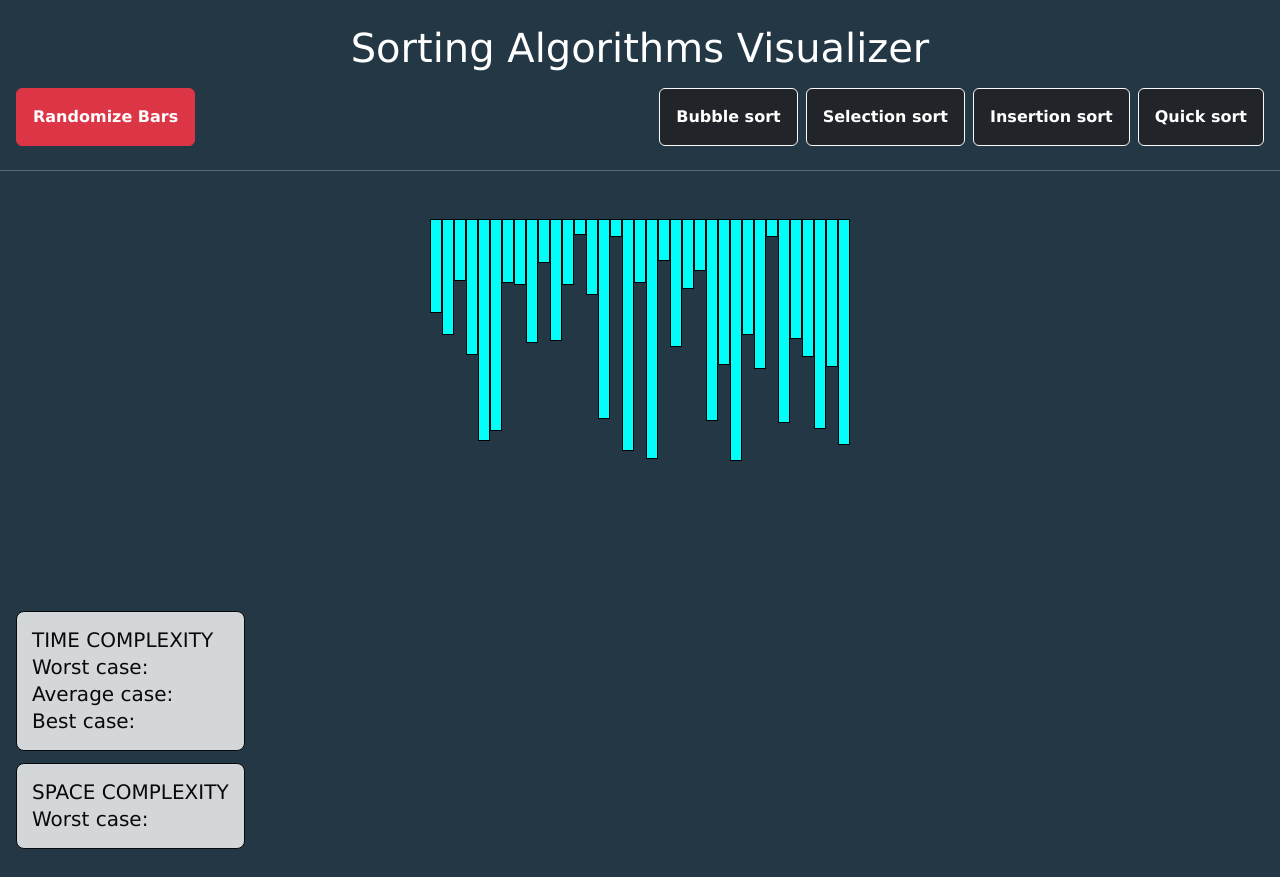
Repository: Vasil1001/Sorting-Algorithms-Visualizer-js
Page: views/index.html
An editor plug-in stored every save of this project. The page is shown before and after a run of saves, followed by the edit.
The browser window is 1280 px wide. The pictures show the whole page.

Above is the page before, as saved 2022-11-05 15:56:33.

### views/index.html
<!doctype html>
<html lang="en">

<head>
  <meta charset="utf-8">
  <meta name="viewport" content="width=device-width, initial-scale=1">

  <title>Sorting Algorithms Visualizer</title>

  <!-- Import css & bootstrap-->
  <link href="https://cdn.jsdelivr.net/npm/bootstrap@5.2.2/dist/css/bootstrap.min.css" rel="stylesheet"
    integrity="sha384-Zenh87qX5JnK2Jl0vWa8Ck2rdkQ2Bzep5IDxbcnCeuOxjzrPF/et3URy9Bv1WTRi" crossorigin="anonymous">
  <link rel="stylesheet" href="/css/base.css">

</head>

<body>

  <h1 align="center" class="mt-4">Sorting Algorithms Visualizer</h1>

  <nav class="navbar navbar-expand-lg">

    <div class="container-fluid">
      <button type="button" class="btn btn-danger mx-1 p-3 " id="new_array" style="color: white;"><b>Randomize Bars </b>
      </button>
      <ul class="navbar-nav">
        <li class="nav-item">
          <button type="button" class="btn btn-dark border-light mx-1 p-3 " id="bubble_sort"
            style="color: white;"><b>Bubble sort</b> </button>
        </li>
        <li class="nav-item">
          <button type="button" class="btn btn-dark border-light mx-1 p-3 " id="selection_sort"
            style="color: rgb(255, 255, 255);">
            <b>Selection sort</b></button>
        </li>
        <li class="nav-item">
          <button type="button" class="btn btn-dark border-light mx-1 p-3 " id="insertion_sort" style="color: white;">
            <b>Insertion sort</b></button>
        </li>
        <li class="nav-item">
          <button type="button" class="btn btn-dark border-light mx-1 p-3 " id="quick_sort" style="color: white;">
            <b>Quick sort</b></button>
        </li>

      </ul>
    </div>
  </nav>

  <hr style="color: white;">

  <h3 align="center" class="mt-4" id="algorithm_running"></h1>

  <div id="bars" class="bars flex-container p-4"></div>

  <div id="boxes">

    <div id="leftbox">
      <div id="box1">
        <h5>TIME COMPLEXITY</h5>
        <div>
          <h5>Worst case: </h5>
          <h5 id="worst_time"></h5>
        </div>
        <div>
          <h5>Average case: </h5>
          <h5 id="average_time"></h5>
        </div>
        <div>
          <h5>Best case: </h5>
          <h5 id="best_time"></h5>
        </div>
      </div>

      <div id="box2">
        <h5>SPACE COMPLEXITY</h5>
        <div>
          <h5>Worst case:</h5>
          <h5 id="space_complexity"></h5>
        </div>
      </div>
    </div>

  </div>


  <!-- Import css & bootstrap-->
  <script src="https://cdn.jsdelivr.net/npm/bootstrap@5.2.2/dist/js/bootstrap.bundle.min.js"
    integrity="sha384-OERcA2EqjJCMA+/3y+gxIOqMEjwtxJY7qPCqsdltbNJuaOe923+mo//f6V8Qbsw3"
    crossorigin="anonymous"></script>

  <script src="/sort_algos_js_files/index.js"></script>

  <script src="/sort_algos_js_files/bubble.js"></script>
  <script src="/sort_algos_js_files/selection.js"></script>
  <script src="/sort_algos_js_files/insertion.js"></script>
  <script src="/sort_algos_js_files/quicksort.js"></script>


</body>

</html>

### css/base.css
body {
    background-color: rgb(35, 55, 68);
    color:white;
    font-size: 18px;
    font-family: 'Lucida Sans', 'Lucida Sans Regular', 'Lucida Grande', 'Lucida Sans Unicode', Geneva, Verdana, sans-serif;
}

.flex-container{
    margin-top: 1px;
    display: flex;
    flex-wrap: nowrap;
    justify-content: center;
    transition: 1.5s all ease;
    width: 100%;
    height: 400px;

}

/* STYLING FOR THE BARS */
.flex-item{
    background: rgb(0, 255, 251);
    border: 1pt solid black;
    width: 12px;
    transition: 0.1s all ease;
}

#leftbox {
    float:left;
    color: black;
    padding: 16px;
}

#box1, #box2 {
    background:white;
    opacity: 0.8;
    border: 1pt solid black;
    border-radius: 8px;
    padding: 15px;
    margin-bottom: 12px;
}

h5 {
    display: inline;
}

### sort_algos_js_files/index.js
let random_array_100 = [];
createBarArray();

function createBarArray() {
    // replace array
    deletePreviousArray()

    // Array to store randomly generated numbers
    random_array_100 = [];
    var numberOfBars = 0;
    let l = 35;

    // get a random number and add it to the array until there are 100 in array
    for (numberOfBars = 0; numberOfBars < l; numberOfBars++) {
        random_array_100.push(Math.round(Math.random() * l * 3.5));
    }
    // print 100 random numbers of the array
    console.log(random_array_100);


    // select the div #bars element
    const bars = document.querySelector("#bars");
    // make bars with height from random array numbers
    for (let i = 0; i < random_array_100.length; i++) {
        // create div bar for each number in the array
        const bar = document.createElement("div");
        bar.style.height = `${random_array_100[i] * 2}px`;
        bar.classList.add('bar');
        bar.classList.add('flex-item');
        bar.classList.add(`barNo${i}`);
        bars.appendChild(bar);
    }
}

function deletePreviousArray() {
    const bar = document.querySelector("#bars");
    bar.innerHTML = '';
}

document.getElementById("new_array").addEventListener("click", function () {
    createBarArray();
});

function swap(element1, element2) {
    //https://www.geeksforgeeks.org/bubble-sort/
    let temp = element1.style.height;
    element1.style.height = element2.style.height;
    element2.style.height = temp;
}

// disable all the buttons or if button is pressed again algo will bug out
function disableButtonsOnSortRun() {
    document.getElementById("new_array").disabled = true;

    document.getElementById("bubble_sort").disabled = true;
    document.getElementById("selection_sort").disabled = true;
    document.getElementById("insertion_sort").disabled = true;
    document.getElementById("quick_sort").disabled = true;
}

function enableButtonsAfterSortRun() {
    document.getElementById("new_array").disabled = false;

    document.getElementById("bubble_sort").disabled = false;
    document.getElementById("selection_sort").disabled = false;
    document.getElementById("insertion_sort").disabled = false;
    document.getElementById("quick_sort").disabled = false;
}

### sort_algos_js_files/bubble.js
async function bubbleSort() {

    // Algo name
    document.getElementById("algorithm_running").innerText = "Bubble Sort";

    //Setting Time complexities
    document.getElementById("worst_time").innerText = "O(N^2)";
    document.getElementById("average_time").innerText = "Θ(N^2)";
    document.getElementById("best_time").innerText = "Ω(N)";

    //Setting Space complexity
    document.getElementById("space_complexity").innerText = "O(1)";

    console.log('bubble sort clicked');
    // get the bars from index
    const barsArray = document.querySelectorAll(".bar");

    for (let i = 0; i < barsArray.length - 1; i++) {
        console.log("In first i loop");

        for (j = 0; j < barsArray.length - i - 1; j++) {
            console.log("In j loop");
            barsArray[j].style.background = 'blue';
            barsArray[j + 1].style.background = 'blue';

            if (parseInt(barsArray[j].style.height) > parseInt(barsArray[j + 1].style.height)) {
                console.log("If barsArray 1 > barsArray 2 swap them");
                await new Promise(r => setTimeout(r, 50));
                swap(barsArray[j], barsArray[j + 1]);
            }
            barsArray[j].style.background = 'cyan';
            barsArray[j + 1].style.background = 'cyan';
        }
        barsArray[barsArray.length - 1 - i].style.background = 'pink';
    }
    barsArray[0].style.background = 'pink';
}


document.getElementById("bubble_sort").addEventListener("click", async function () {
    disableButtonsOnSortRun();
    await bubbleSort();
    enableButtonsAfterSortRun();

});

### sort_algos_js_files/selection.js
async function selectionSort() {

    // Algo name
    document.getElementById("algorithm_running").innerText = "Selection Sort";

    //Setting Time complexities
    document.getElementById("worst_time").innerText = "O(N^2)";
    document.getElementById("average_time").innerText = "Θ(N^2)";
    document.getElementById("best_time").innerText = "Ω(N^2)";

    //Setting Space complexity
    document.getElementById("space_complexity").innerText = "O(1)";

    console.log('bubble sort clicked');
    // get the bars from index
    const barsArray = document.querySelectorAll(".bar");

    // One by one move boundary of unsorted subarray
    for (let i = 0; i < barsArray.length; i++) {
        console.log("In first i loop");
        // Find the minimum barsArray in unsorted array
        let min_idx = i;
        //mark the smallest height in blue bar
        barsArray[i].style.background = 'blue';

        for (let j = i + 1; j < barsArray.length; j++) {
            console.log("In j loop");
            // Change color for the current comparision (in consideration for min_index)
            barsArray[j].style.background = 'red';

            await new Promise(r => setTimeout(r, 50));
            if (parseInt(barsArray[j].style.height) < parseInt(barsArray[min_idx].style.height)) {
                console.log("If barsArray 1 < current smallest barsArray change current smalest");
                if (min_idx !== i) {
                    //  there is a new minimum so change last to normal cyan
                    barsArray[min_idx].style.background = 'cyan';
                }
                min_idx = j;
            }
            else {
                barsArray[j].style.background = 'cyan';
            }
        }
        await new Promise(r => setTimeout(r, 50));
        swap(barsArray[min_idx], barsArray[i]);

        // color mid index blue after reset as it has been swapped
        barsArray[min_idx].style.background = 'cyan';

        // change the sorted bar color to green
        barsArray[i].style.background = 'green';
    }
}


document.getElementById("selection_sort").addEventListener("click", async function () {
    disableButtonsOnSortRun();
    await selectionSort();
    enableButtonsAfterSortRun();

});

### sort_algos_js_files/insertion.js
async function insertionSort() {

    // Algo name
    document.getElementById("algorithm_running").innerText = "Insertion Sort";

    //Setting Time complexities
    document.getElementById("worst_time").innerText = "O(N^2)";
    document.getElementById("average_time").innerText = "Θ(N^2)";
    document.getElementById("best_time").innerText = "Ω(N)";

    //Setting Space complexity
    document.getElementById("space_complexity").innerText = "O(1)";

    console.log('insertion sort clicked');

    // get the bars from index
    const barsArray = document.querySelectorAll(".bar");
    barsArray[0].style.background = 'green';

    for (let i = 1; i < barsArray.length; i++) {
        console.log("In first i loop");

        let key = barsArray[i].style.height;
        let j = i - 1;

        barsArray[i].style.background = 'blue';

        await new Promise(r => setTimeout(r, 50));

        while (j >= 0 && (parseInt(barsArray[j].style.height) > parseInt(key))) {
            console.log("In j loop");
            barsArray[j].style.background = 'blue';
            barsArray[j + 1].style.height = barsArray[j].style.height;
            j--;

            await new Promise(r => setTimeout(r, 50));

            // color sorted side
            for (let k = i; k >= 0; k--) {
                barsArray[k].style.background = 'yellow';
            }
        }
        barsArray[j + 1].style.height = key;
        barsArray[i].style.background = 'yellow';

    }
}


document.getElementById("insertion_sort").addEventListener("click", async function () {
    disableButtonsOnSortRun();
    await insertionSort();
    enableButtonsAfterSortRun();

});

### sort_algos_js_files/quicksort.js
async function partition(barsArray, low, high) {
    let i = (low - 1);

    barsArray[high].style.background = 'red';

    for (let j = low; j <= high - 1; j++) {
        barsArray[j].style.background = 'yellow';

        await new Promise(r => setTimeout(r, 50));

        if (parseInt(barsArray[j].style.height) < parseInt(barsArray[high].style.height)) {
            i++;
            swap(barsArray[i], barsArray[j]);

            barsArray[i].style.background = 'orange';
            await new Promise(r => setTimeout(r, 50));
        } else {
            // color if not less than pivot
            barsArray[j].style.background = 'blue';
        }
    }
    i++;
    await new Promise(r => setTimeout(r, 50));
    swap(barsArray[i], barsArray[high])

    barsArray[high].style.background = 'blue';
    barsArray[low].style.background = 'green';

    await new Promise(r => setTimeout(r, 50));

    // color
    for (let k = 0; k < barsArray.length; k++) {
        if (barsArray[k].style.background != 'green')
            barsArray[k].style.background = 'green';
    }
    return i;
}

async function quickSort(barsArray, low, high) {
    // Algo name
    document.getElementById("algorithm_running").innerText = "Quick Sort";

    //Setting Time complexities
    document.getElementById("worst_time").innerText = "O(N^2)";
    document.getElementById("average_time").innerText = "Θ(N log N)";
    document.getElementById("best_time").innerText = "Ω(N log N)";

    //Setting Space complexity
    document.getElementById("space_complexity").innerText = "O(log N)";


    if (low < high) {
        let pivot_index = await partition(barsArray, low, high);
        await quickSort(barsArray, low, pivot_index - 1);
        await quickSort(barsArray, pivot_index + 1, high);
    } else {
        if (low >= 0 && high >= 0 && low < barsArray.length && high < barsArray.length) {
            barsArray[high].style.background = 'green';
            barsArray[low].style.background = 'green';
        }
    }
}

document.getElementById("quick_sort").addEventListener("click", async function () {
    let barsArray = document.querySelectorAll('.bar');
    let low = 0;
    let high = barsArray.length - 1;

    disableButtonsOnSortRun();
    await quickSort(barsArray, low, high);
    enableButtonsAfterSortRun();
});

After the next 3 saves:
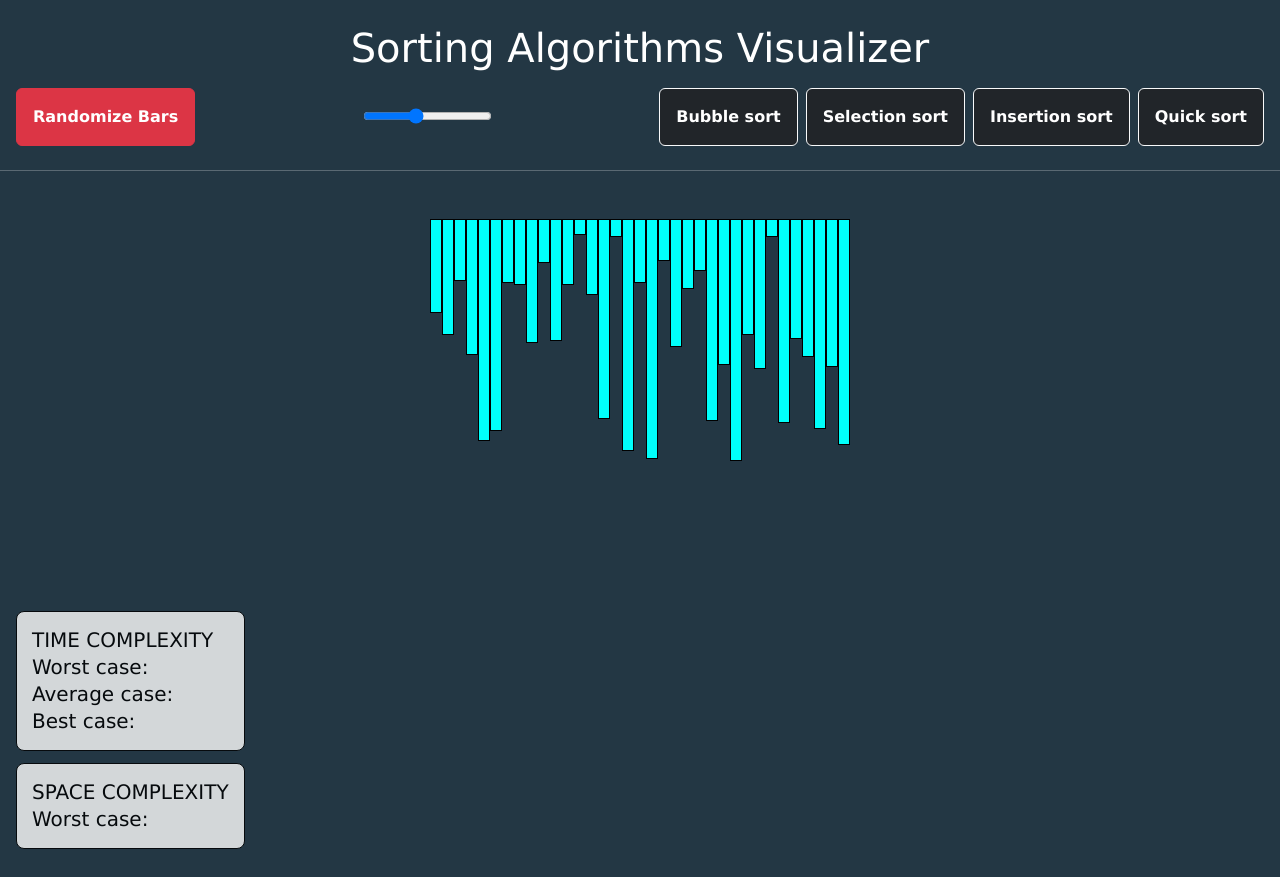
The 3 saves are shown as one change because they came seconds apart.
The last was saved 23 h 17 min later.
--- a/views/index.html
+++ b/views/index.html
@@ -23,6 +23,10 @@
     <div class="container-fluid">
       <button type="button" class="btn btn-danger mx-1 p-3 " id="new_array" style="color: white;"><b>Randomize Bars </b>
       </button>
+      <span>
+        <!-- no of bars -->
+       <input id="arr_sz" type="range"  min=20 max=120 step=1 value=60>
+</span>
       <ul class="navbar-nav">
         <li class="nav-item">
           <button type="button" class="btn btn-dark border-light mx-1 p-3 " id="bubble_sort"
@@ -69,9 +73,11 @@
           <h5>Best case: </h5>
           <h5 id="best_time"></h5>
         </div>
+
       </div>
 
       <div id="box2">
+
         <h5>SPACE COMPLEXITY</h5>
         <div>
           <h5>Worst case:</h5>
